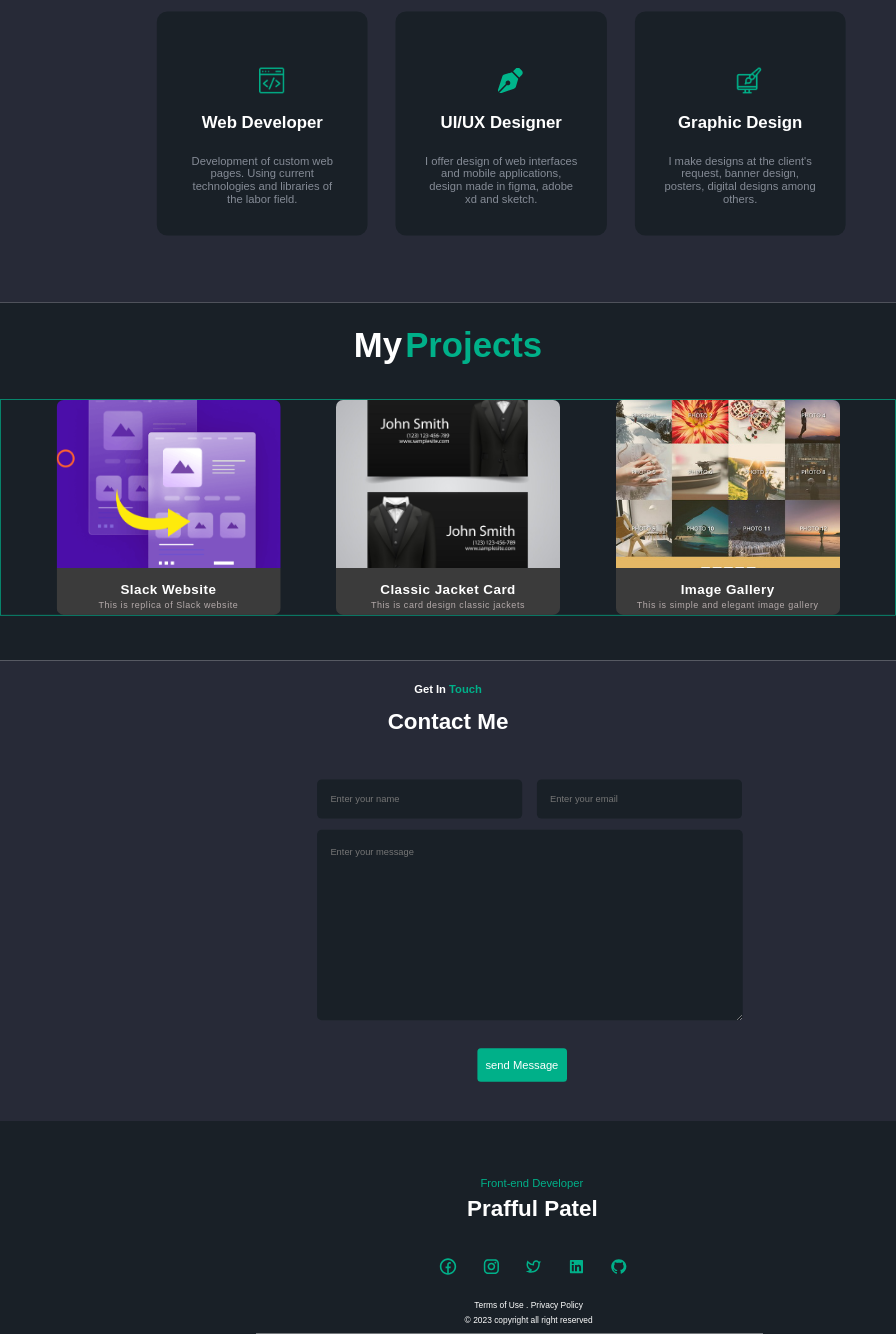
Repository: PraffulPatel27/Portfolio_2.0
Page: index.html
The author's editor kept a copy of each file at every save. The page is drawn from the files as they stood at one save, then again after the next save.
The browser window is 1280 px wide. The pictures show the part of the page from y = 1898 to 3818 px (the page is 3804 px tall before and 3818 px after), at 70% of full size.

Above is the page before, as saved 2024-01-30 15:27:12.

After the next save:
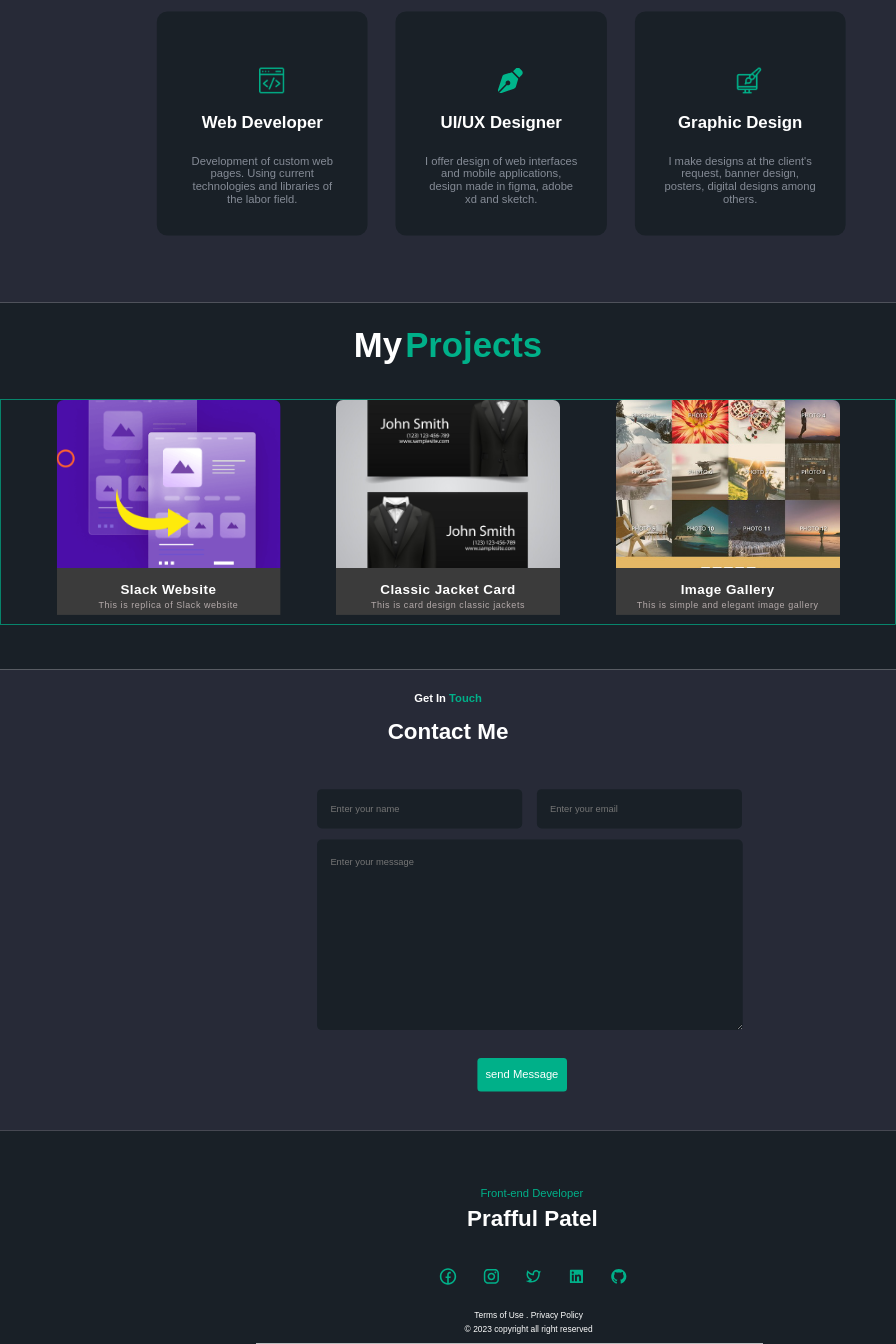
Saved 6 s later.
--- a/style.css
+++ b/style.css
@@ -432,7 +432,7 @@
     /* width: 20rem;
     height: 20rem; */
     /* margin: auto; */
-    /* margin-bottom: 10rem; */
+    margin-bottom: 10rem;
 }
 .pro-1 img {
     display: block;

After the 3 saves that followed:
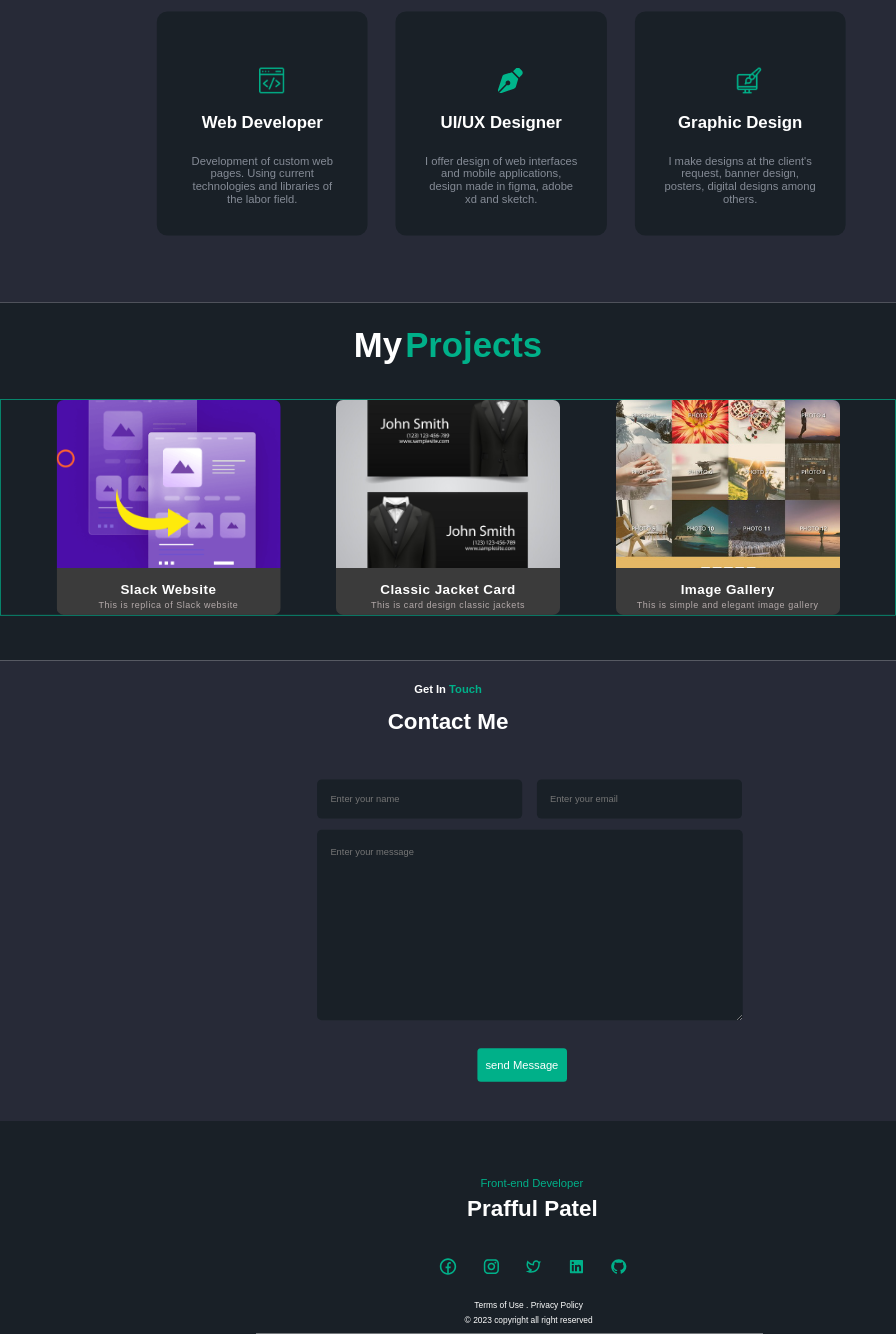
The 3 saves are shown as one change because 2 left the picture as it was.
The last was saved 26 s later.
--- a/style.css
+++ b/style.css
@@ -431,8 +431,6 @@
 
     /* width: 20rem;
     height: 20rem; */
-    /* margin: auto; */
-    margin-bottom: 10rem;
 }
 .pro-1 img {
     display: block;
